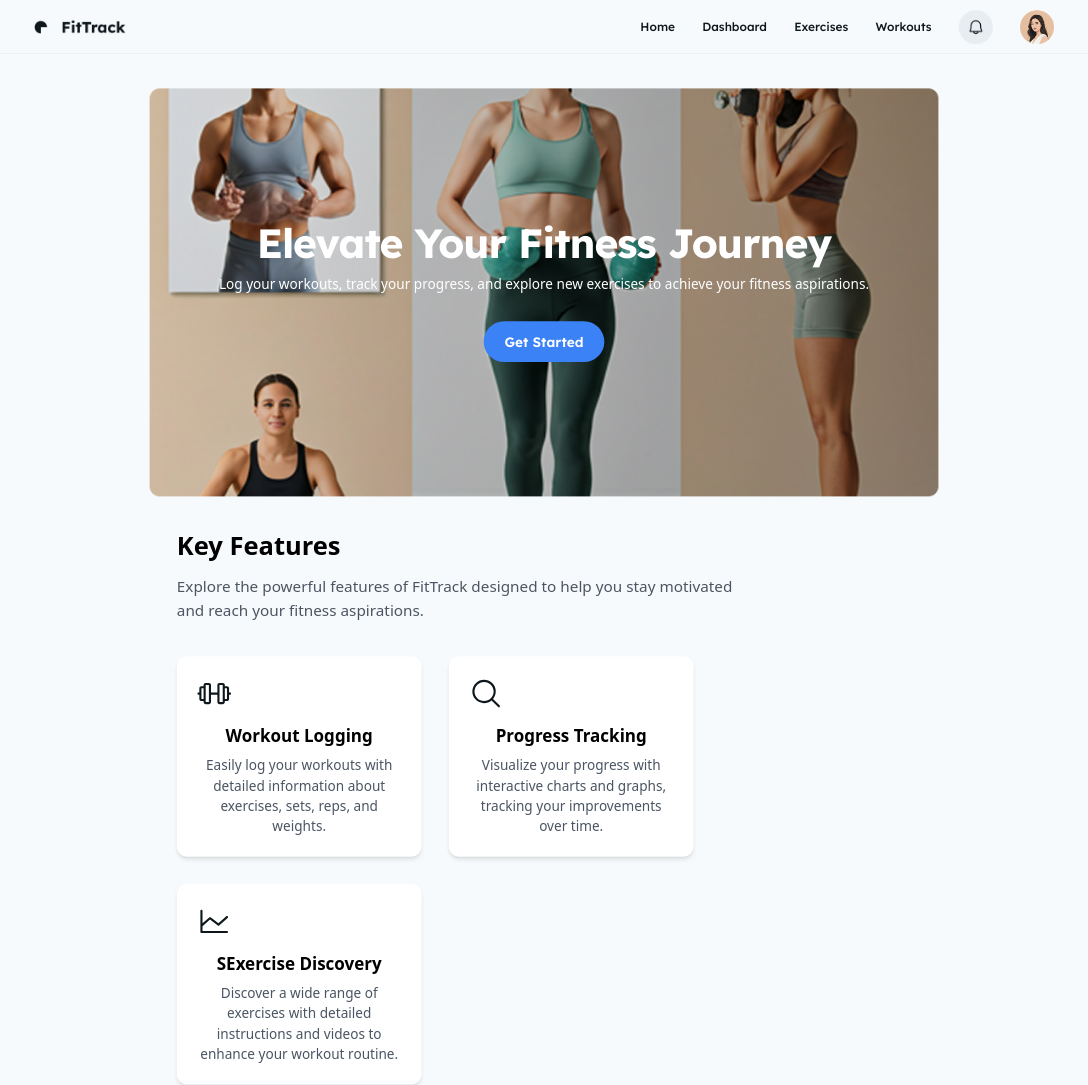
Repository: Emy-gold/fitness-tracking-platform
Page: /
An editor plug-in stored every save of this project. The page is shown before and after the next save, followed by the edit.
The browser window is 1280 px wide. The pictures show the whole page, at 85% of full size.
The project was rebuilt for these pictures with package versions that can differ from the ones it lists, and the page was loaded fresh each time. Also part of the build but not shown: vite.config.js, src/Pages/Dashboard.jsx, src/Pages/Exercises.jsx, src/Pages/Workouts.jsx, src/components/Footer.jsx.

Above is the page before, as saved 2025-08-24 23:20:09.

### index.html
<!doctype html>
<html lang="en">

<head>
  <meta charset="UTF-8" />
  <link rel="icon" type="image/svg+xml" href="/vite.svg" />
  <meta name="viewport" content="width=device-width, initial-scale=1.0" />
  <link href="https://fonts.googleapis.com/css2?family=Lexend:wght@300;400;500;600;700&display=swap" rel="stylesheet">
  <title>Vite + React</title>
</head>

<body>
  <div id="root"></div>
  <script type="module" src="/src/main.jsx"></script>
</body>

</html>

### src/index.css
@tailwind base;
@tailwind components;
@tailwind utilities;

body{
    padding: 0;
    margin: 0;
        background-color: #F7FAFC;
}

### src/App.jsx
import './App.css';
import { BrowserRouter as Router, Routes, Route } from 'react-router-dom';
import Home from './Pages/Home';
import Dashboard from './Pages/Dashboard.jsx';
import Exercises from './Pages/Exercises.jsx';
import Workouts from './Pages/Workouts.jsx';
import Header from './components/Header.jsx';
import Footer from './components/Footer';


function App() {

  return (
    <>

      <Router>
        <Header />
        <Routes>
          <Route path="/" element={<Home />} />
          <Route path="/dashboard" element={<Dashboard />} />
          <Route path="/exercises" element={<Exercises />} />
          <Route path="/workouts" element={<Workouts />} />
        </Routes>
      </Router>
    </>
  )
}

export default App

### src/App.css
#root {
    margin: 0 auto;
    padding: 0;
    text-align: center;

}

.logo {
    height: 6em;
    padding: 1.5em;
    will-change: filter;
    transition: filter 300ms;
}
.logo:hover {
    filter: drop-shadow(0 0 2em #646cffaa);
}
.logo.react:hover {
    filter: drop-shadow(0 0 2em #61dafbaa);
}

@keyframes logo-spin {
    from {
    transform: rotate(0deg);
    }
    to {
    transform: rotate(360deg);
    }
}

@media (prefers-reduced-motion: no-preference) {
    a:nth-of-type(2) .logo {
    animation: logo-spin infinite 20s linear;
    }
}

.card {
    padding: 2em;
}

.read-the-docs {
    color: #888;
}

### src/Pages/Home.jsx
import React from 'react';
import Header from '../components/Header';
import { useState, useEffect } from 'react';
import cardsData from "../cardsData.json";
import homepic from "../assets/home.png";

function Home() {

    const [cards, setCards] = useState([]);

    useEffect(() => {
        setCards(cardsData)
    })

    return (
        <>
            <main className='flex flex-col justify-center px-40'>

                <section className='my-10 relative flex justify-center'>
                    <img src={homepic} className="" />
                    <div className="absolute inset-0 flex flex-col justify-center text-center text-white">
                        <h1 className='text-5xl font-lexend font-bold mb-3 tracking-tight '>Elevate Your Fitness Journey</h1>
                        <p className=''>Log your workouts, track your progress, and explore new exercises to achieve your fitness aspirations.</p>
                        <button type="submit" className='mt-8 mx-auto bg-blue-500 py-[12px] px-6 font-lexend font-semibold rounded-3xl hover:bg-blue-600 transition duration-300'>Get Started</button>
                    </div>
                </section >

                <section className='flex flex-col items-start px-12'>
                    <div className='flex flex-col items-start text-left'>
                        <h2 className='text-3xl font-bold mb-4'>Key Features</h2>
                        <p className='text-lg text-gray-600 max-w-2xl'>Explore the powerful features of FitTrack designed to help you stay motivated and reach your fitness aspirations.</p>
                    </div>
                    <div className='flex flex-wrap gap-8 mt-10'> {/* Removed justify-center */}
                        {cards.map(card => (
                            <div key={card.id} className='w-72 bg-white rounded-xl shadow-md p-6'>
                                <img src={card.image} className='mb-4 h-10 w-10 object-contain' />
                                <h3 className='text-xl font-semibold mb-2'>{card.title}</h3>
                                <p className='text-gray-600'>{card.summary}</p>
                            </div>
                        ))}
                    </div>
                </section>
                <section></section>
            </main >
        </>

    )
}

export default Home

### src/components/Header.jsx
import React from 'react';
import { Link } from 'react-router-dom';
import logo from "../assets/logo.png";
import icon from "../assets/notifeicon.png";
import profilePic from "../assets/profilepic.png";

function Header() {
    return (
        <>
            <header className='bg-primary border-b border-gray-300/50 sticky w-full h-16 top-0 z-50 px-10'>
                <div className="flex relative justify-between items-center h-full">
                    <Link to="/" className='flex items-center'>
                        <img
                            src={logo}
                            alt="logo"
                            className='hover:opacity-20 transition-opacity duration-300'
                        />
                    </Link>

                    <nav className='flex gap-8 items-center ml-auto'>
                        <Link to="/" className='font-lexend font-medium text-sm text-textColor hover:scale-105 leading-[21px]'>Home</Link>
                        <Link to="/dashboard" className='font-lexend font-medium text-sm text-textColor hover:scale-105 leading-[21px]'>Dashboard</Link>
                        <Link to="/exercises" className='font-lexend font-medium text-sm text-textColor hover:scale-105 leading-[21px]'>Exercises</Link>
                        <Link to="/workouts" className='font-lexend font-medium text-sm text-textColor hover:scale-105 leading-[21px]'>Workouts</Link>
                        <img src={icon} className='hover:scale-105 duration-200' />
                        <img src={profilePic} className='h-10 w-10 hover:scale-105 duration-200' />
                    </nav>

                    <div></div>
                </div>
            </header>
        </>
    )
}

export default Header;

### src/cardsData.json
[
    {
        "id": 1,
        "title": "Workout Logging",
        "summary": "Easily log your workouts with detailed information about exercises, sets, reps, and weights.",
        "image": "src/assets/icon1.svg"
    },
    {
        "id": 2,
        "title": "Progress Tracking",
        "summary": "Visualize your progress with interactive charts and graphs, tracking your improvements over time.",
        "image": "src/assets/icon2.svg"
    },
    {
        "id": 3,
        "title": "SExercise Discovery",
        "summary": "Discover a wide range of exercises with detailed instructions and videos to enhance your workout routine.",
        "image": "src/assets/icon3.svg"
    }
]

### tailwind.config.js

/** @type {import('tailwindcss').Config} */
export default {
  content: [
    "./index.html",
    "./src/**/*.{js,ts,jsx,tsx}",
  ],
  theme: {
    extend: {
      fontFamily: {
        lexend: ['Lexend', 'sans-serif'],
      },
      colors: {
        primary: "#F7FAFC",
        textColor: "#0D171C",
      }
    },
  },
  plugins: [],
}

Loaded but not shown: src/main.jsx (common file)

After the next save:
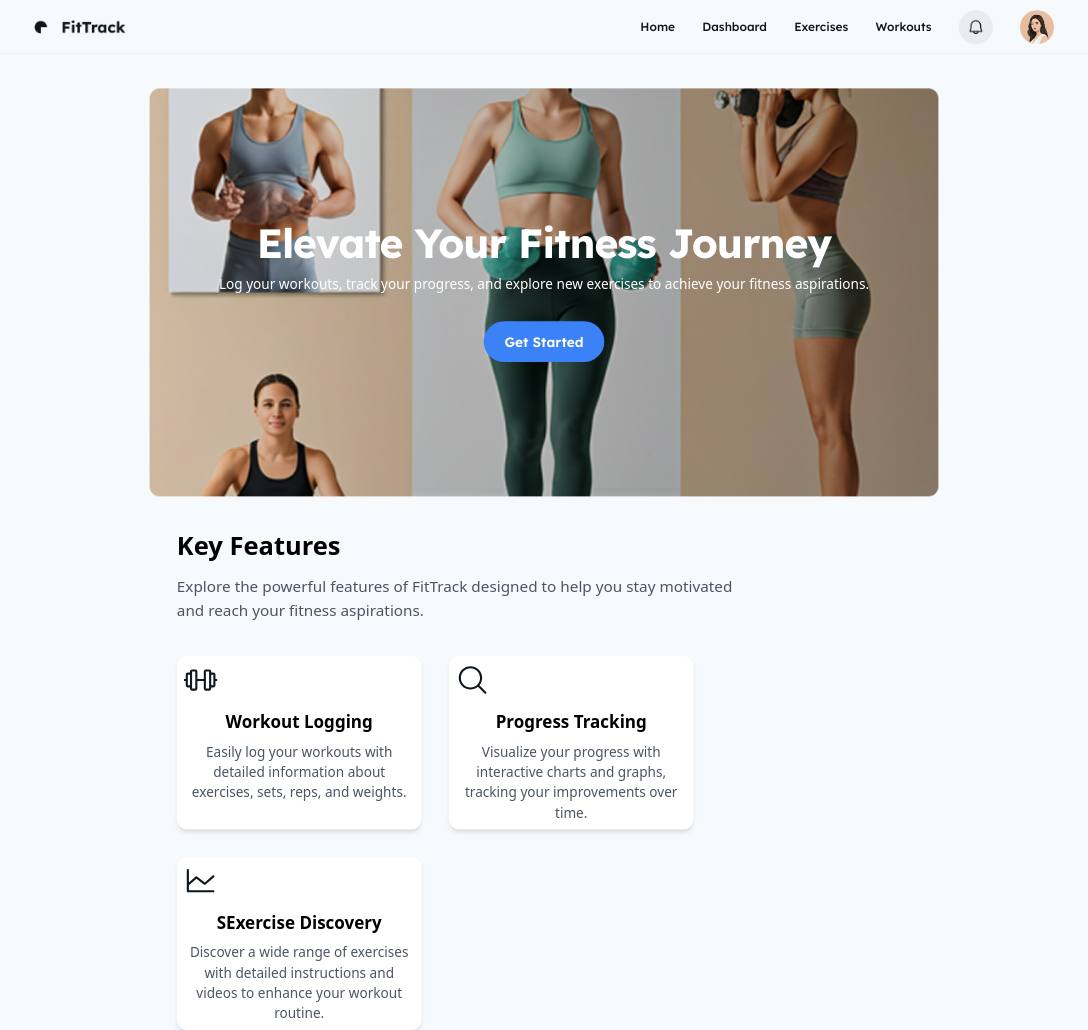
Saved 11 s later.
--- a/src/Pages/Home.jsx
+++ b/src/Pages/Home.jsx
@@ -32,7 +32,7 @@ function Home() {
                     </div>
                     <div className='flex flex-wrap gap-8 mt-10'> {/* Removed justify-center */}
                         {cards.map(card => (
-                            <div key={card.id} className='w-72 bg-white rounded-xl shadow-md p-6'>
+                            <div key={card.id} className='w-72 bg-white rounded-xl shadow-md p-2'>
                                 <img src={card.image} className='mb-4 h-10 w-10 object-contain' />
                                 <h3 className='text-xl font-semibold mb-2'>{card.title}</h3>
                                 <p className='text-gray-600'>{card.summary}</p>
